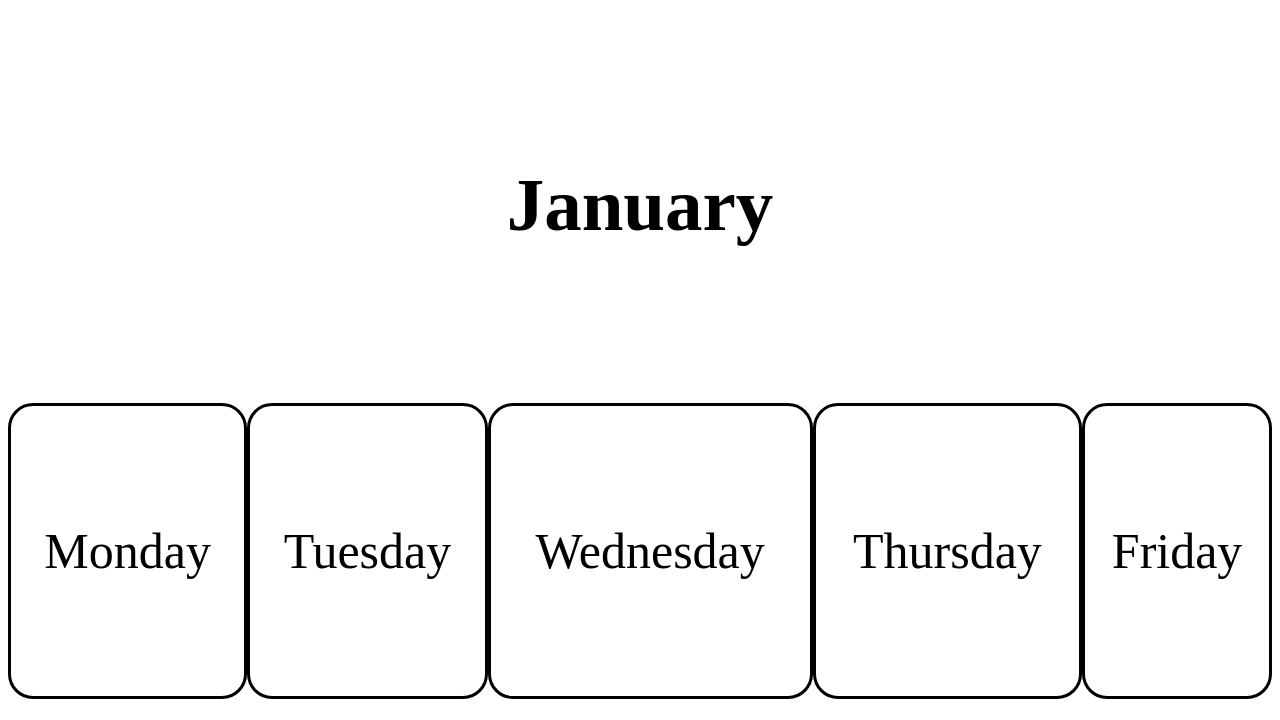
Repository: shleewhite/missionBitCalendar
Page: views/jul.html
The author's editor kept a record of every edit. The page is drawn from the files as they stood at one moment, then again after the next edit.
The browser window is 1280 px wide. The pictures show the whole page.

Above is the page before.

### views/jul.html
<article id="jul">
<html>
    <link rel="stylesheet" type="text/css" href="main.css">
    <head></head>
    <body>
        <table id="monthTable">
                <th class="monthHeader" colspan="5">January</th>
            <tr>
                <td class="weekday">Monday</td>
                <td class="weekday">Tuesday</td>
                <td class="weekday">Wednesday</td>
                <td class="weekday">Thursday</td>
                <td class="weekday">Friday</td>
            </tr>
            <tr>
                <td></td>
            </tr>
        </table>
    </body>
</html>

### views/main.css
table {
    text-align: center;
    font-size: 50px;
    width: 100%;
    height: 700px;
    border-spacing: 50px 20px;

}
table th {
    text-align: center;
}
#year{
    /*font-family: 'Lobster', cursive;*/
    font-size: 100px;
}
.month{
    border-collapse: separate;
    border-color: #000000;
    border-radius: 25px;
    border-style: double;

    border-top-width: 15px;
    border-bottom-width: 15px;
    border-left-width: 15px;
    border-right-width: 15px;
    cursor: pointer;
}
.monthHeader {
    font-size: 75px;
    border-style: none;
}
.weekday {
    font-size: 50px;
    border-style: solid;
    border-radius: 25px;
}
#monthTable {
    border-spacing: 0px;
    border-color: #000000;
    border-radius: 25px;
    cursor: pointer;
    padding: 0px;
}
.days {
    font-size: 20px;
    text-align: left;
    border-style: double;
}
.noOne {
    text-align: center;
}
.nextMonth {
    color: #9C9C9C;
}

After the next edit:
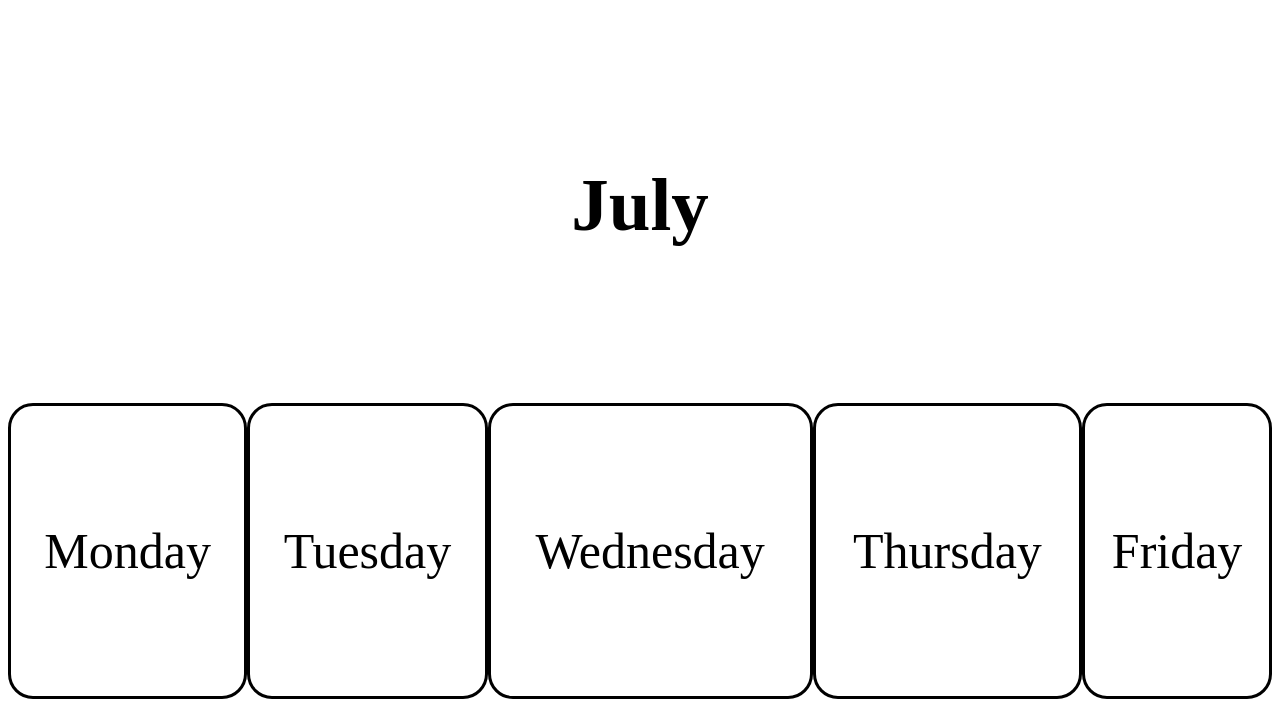
The edit:
--- a/views/jul.html
+++ b/views/jul.html
@@ -4,7 +4,7 @@
     <head></head>
     <body>
         <table id="monthTable">
-                <th class="monthHeader" colspan="5">January</th>
+                <th class="monthHeader" colspan="5">July</th>
             <tr>
                 <td class="weekday">Monday</td>
                 <td class="weekday">Tuesday</td>
